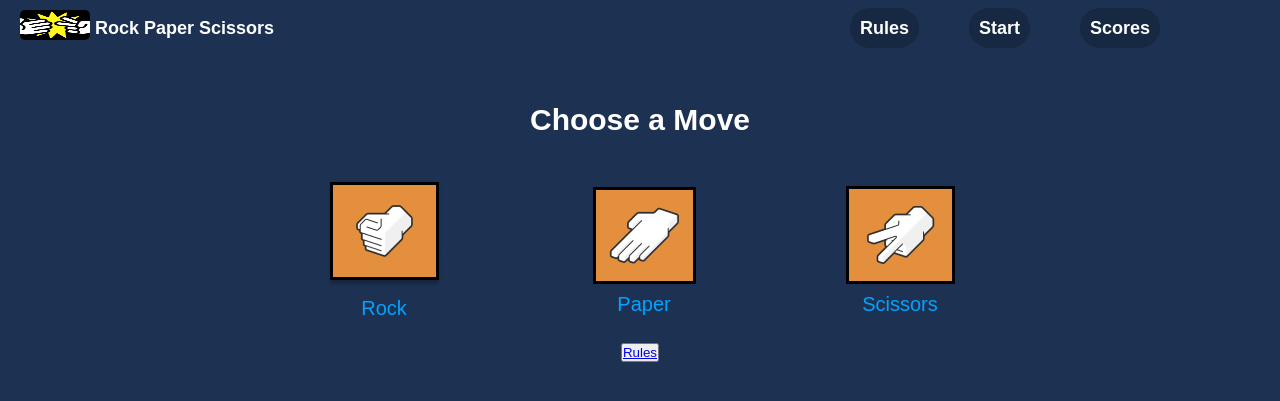
Repository: MikkyPrestige/rock-paper-scissors
Page: game.html
These files come from the project's save history. The page is drawn as it stood at one moment and after the next save; the edit follows.
The browser window is 1280 px wide. The pictures show the whole page.

Above is the page before, as saved 2023-05-08 06:48:41.

After the next save:
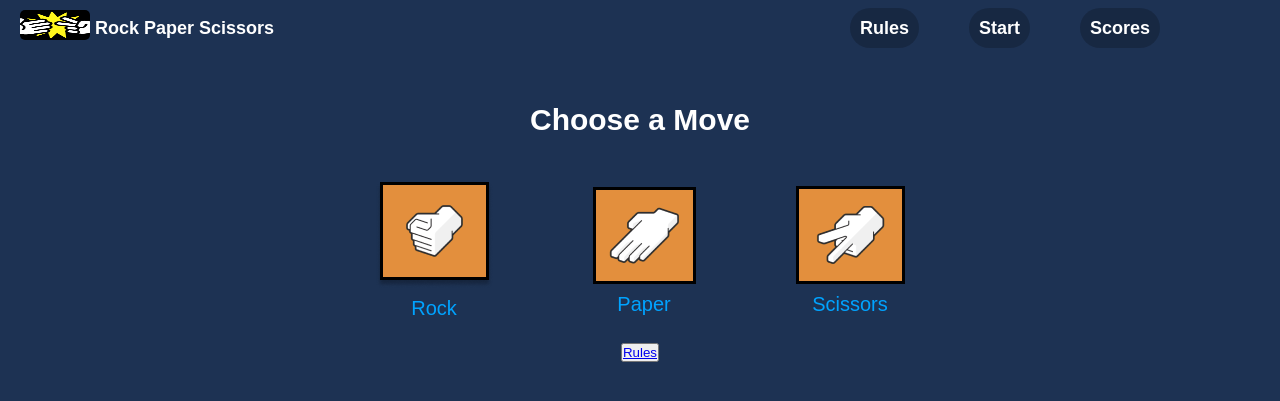
Saved 10 s later.
--- a/index.css
+++ b/index.css
@@ -273,7 +273,7 @@ li a:hover {
   display: flex;
   justify-content: center;
   align-items: center;
-  gap: 15rem;
+  gap: 10rem;
   width: 100%;
 }
 
